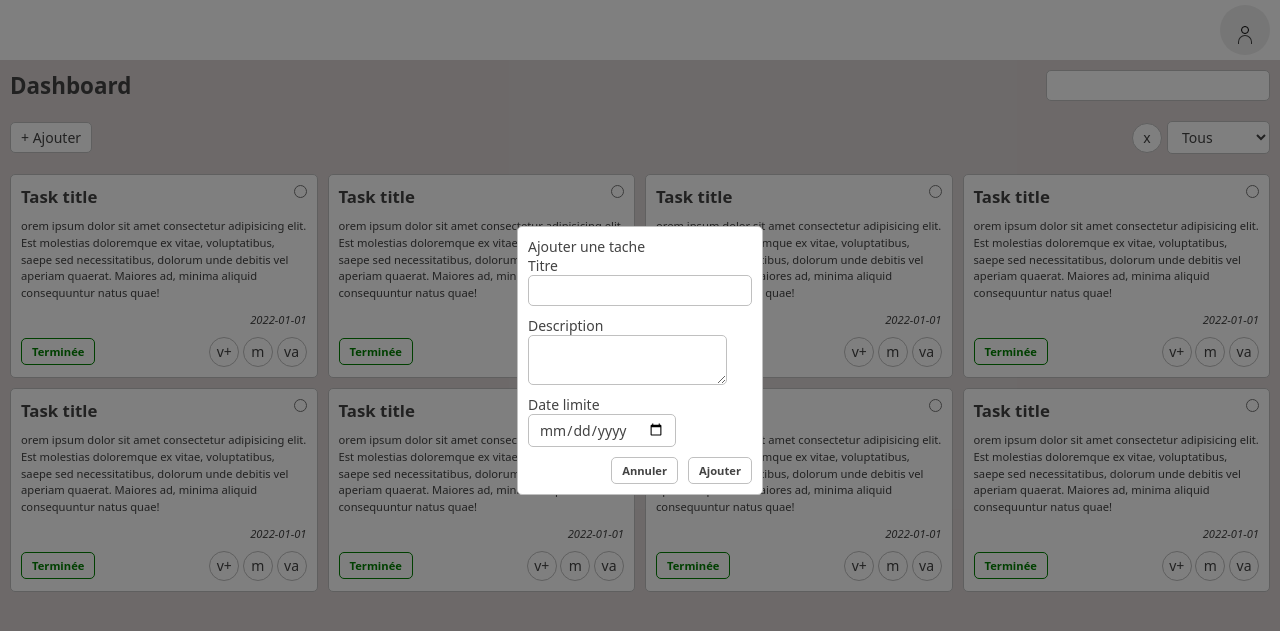
Repository: zpaulange/task_manager
Page: dashboard/index.html
These files come from the project's save history. The page is drawn as it stood at one moment and after the next save; the edit follows.
The browser window is 1280 px wide. The pictures show the whole page.

Above is the page before, as saved 2025-03-06 16:17:05.

After the next save:
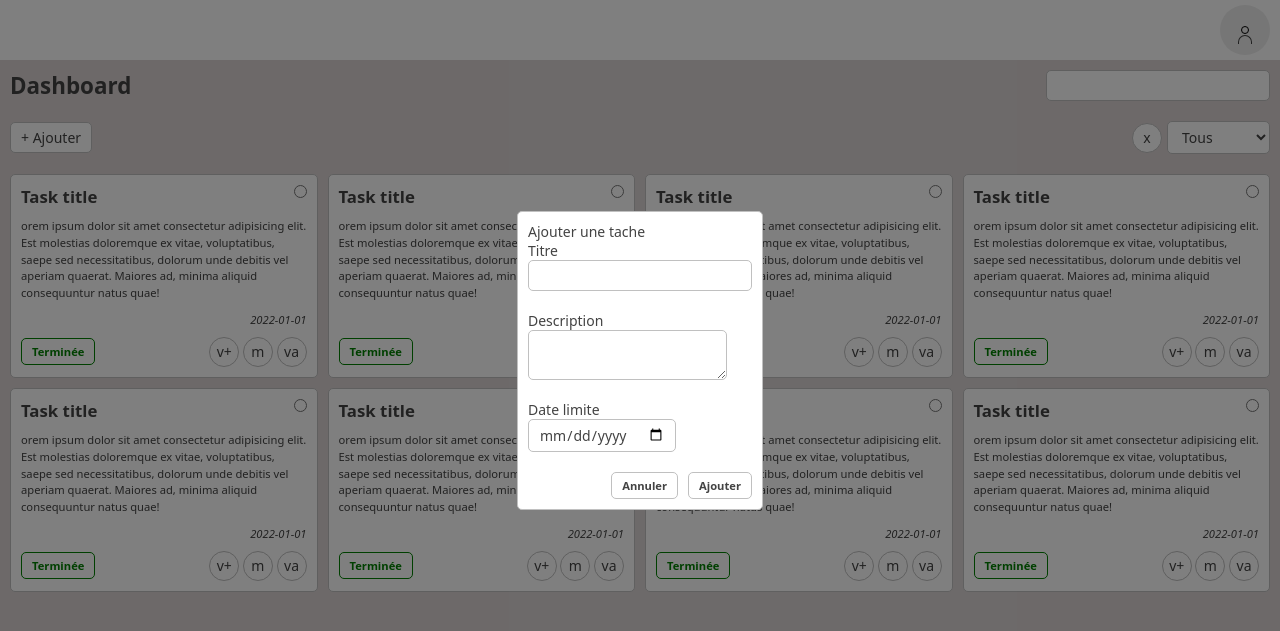
Saved 14 s later.
--- a/assets/styles/dashboard/style.css
+++ b/assets/styles/dashboard/style.css
@@ -245,7 +245,7 @@ input:focus, select:focus{
 }
 
 .form_item{
-  margin-bottom:10px;
+  margin-bottom:20px;
 }
 .form_item-btn{
   margin-top:10px;
